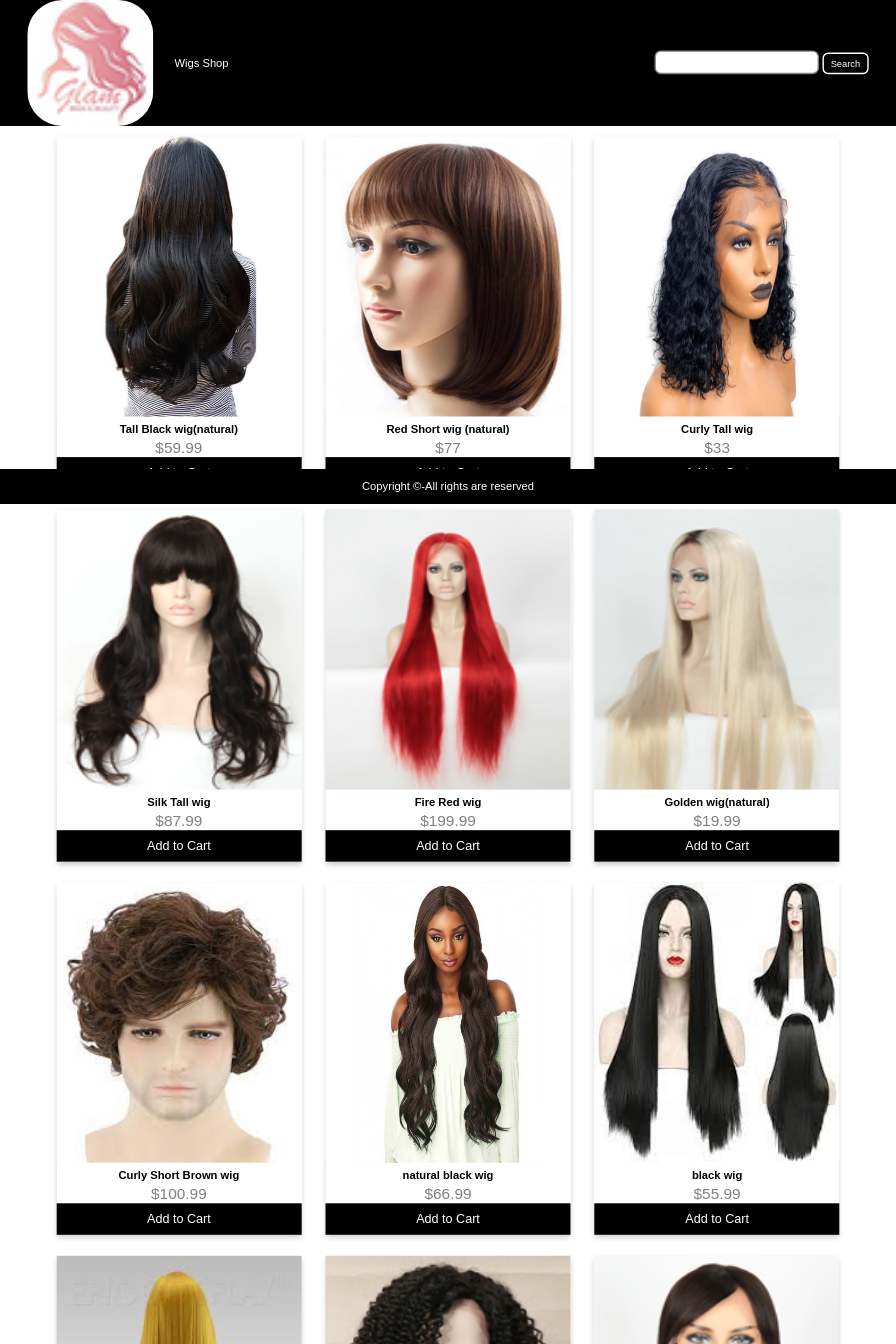
Repository: Zzero202/Zzero202
Page: index.html
These files come from the project's save history. The page is drawn as it stood at one moment and after a run of saves; the edit follows.
The browser window is 1280 px wide. The pictures show the part of the page from y = 0 to 1920 px (the page is 5070 px tall before and 4960 px after), at 70% of full size.

Above is the page before, as saved 2021-12-09 02:53:21.

After the next 2 saves:
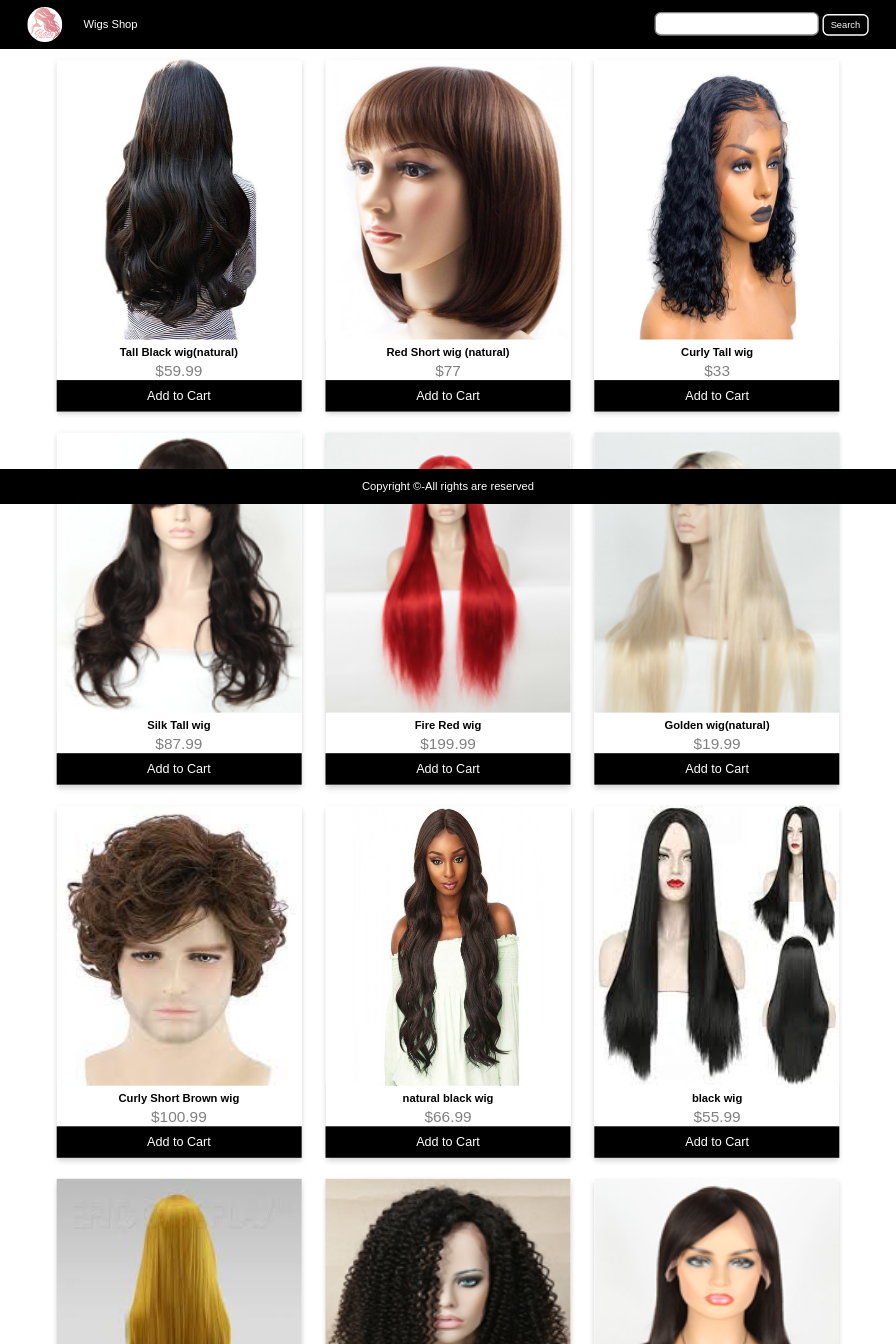
The 2 saves are shown as one change because they came seconds apart.
The last was saved 109 s later.
--- a/index.html
+++ b/index.html
@@ -48,7 +48,6 @@
 		}
 
 		.logo img {
-			width: 180px;
 			border-radius: 50px;
 		}
 
